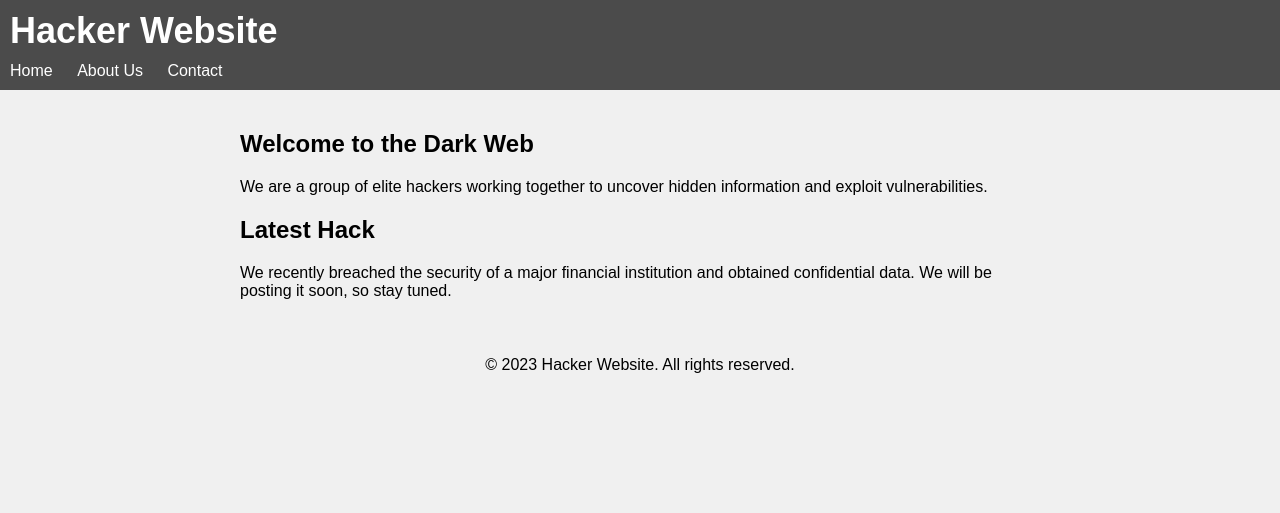
Repository: RennarDeer/RenDev
Page: index.html
These files come from the project's save history. The page is drawn as it stood at one moment and after the next save; the edit follows.
The browser window is 1280 px wide. The pictures show the whole page.

Above is the page before, as saved 2023-02-14 19:17:47.

### index.html
<!DOCTYPE html>
<html>
<head>
	<title>Hacker Website</title>
	<link rel="stylesheet" type="text/css" href="style.css">
</head>
<body>
	<header>
		<h1>Hacker Website</h1>
		<nav>
			<ul>
				<li><a href="#">Home</a></li>
				<li><a href="#">About Us</a></li>
				<li><a href="#">Contact</a></li>
			</ul>
		</nav>
	</header>

	<div id="container">
		<div id="intro">
			<h2>Welcome to the Dark Web</h2>
			<p>We are a group of elite hackers working together to uncover hidden information and exploit vulnerabilities.</p>
		</div>

		<div id="content">
			<h2>Latest Hack</h2>
			<p>We recently breached the security of a major financial institution and obtained confidential data. We will be posting it soon, so stay tuned.</p>
		</div>
	</div>

	<footer>
		<p>&copy; 2023 Hacker Website. All rights reserved.</p>
	</footer>
</body>
</html>

### style.css
body {
	background-color: #f0f0f0;
	font-family: Arial, sans-serif;
	margin: 0;
	padding: 0;
}

#container {
	margin: 0 auto;
	max-width: 800px;
	padding: 20px;
}

header {
	background-color: #4b4b4b;
	color: #fff;
	padding: 10px;
}

h1 {
	font-size: 36px;
	margin: 0;
}

nav {
	margin-top: 10px;
}

ul {
	list-style: none;
	margin: 0;
	padding: 0;
}

li {
	display: inline-block;
	margin-right: 20px;
}

a {
	color: #fff;
	text-decoration: none;
}

#content {
	margin-top: 20px;
}

h2 {
	font-size: 24px;
}

footer {
	margin-top: 20px;
	text-align: center;
}

After the next save:
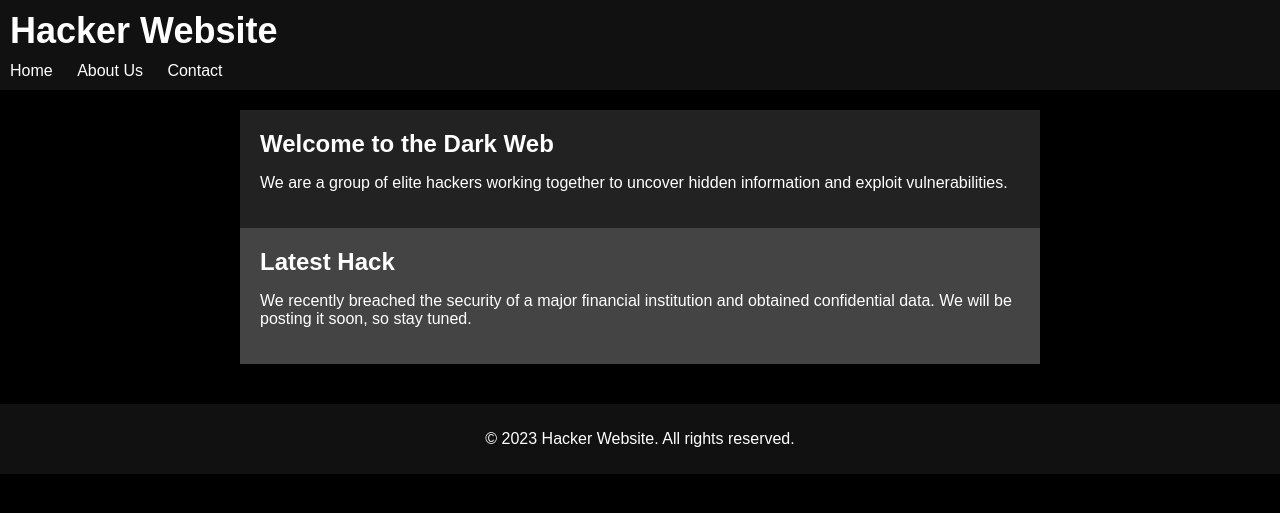
Saved 22 s later.
--- a/style.css
+++ b/style.css
@@ -1,19 +1,13 @@
 body {
-	background-color: #f0f0f0;
+	background-color: #000;
+	color: #fff;
 	font-family: Arial, sans-serif;
 	margin: 0;
 	padding: 0;
 }
 
-#container {
-	margin: 0 auto;
-	max-width: 800px;
-	padding: 20px;
-}
-
 header {
-	background-color: #4b4b4b;
-	color: #fff;
+	background-color: #111;
 	padding: 10px;
 }
 
@@ -42,15 +36,30 @@ a {
 	text-decoration: none;
 }
 
-#content {
-	margin-top: 20px;
+#container {
+	margin: 0 auto;
+	max-width: 800px;
+	padding: 20px;
+}
+
+#intro {
+	background-color: #222;
+	padding: 20px;
 }
 
 h2 {
 	font-size: 24px;
+	margin: 0;
+}
+
+#content {
+	background-color: #444;
+	padding: 20px;
 }
 
 footer {
+	background-color: #111;
 	margin-top: 20px;
+	padding: 10px;
 	text-align: center;
 }
